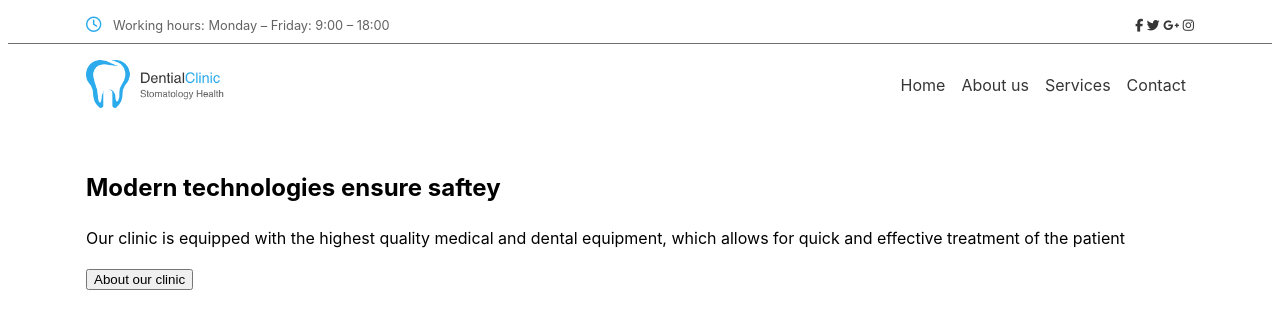
Repository: skepp4rn/uppgift1
Page: index.html
An editor plug-in stored every save of this project. The page is shown before and after the next save, followed by the edit.
The browser window is 1280 px wide. The pictures show the whole page.
Some web libraries are served in a nearby version.

Above is the page before, as saved 2020-11-18 20:10:51.

### index.html
<!DOCTYPE html>
<html lang="en">
<head>
    <meta charset="UTF-8">
    <meta name="viewport" content="width=device-width, initial-scale=1.0">
    <title>Document</title>

    <script src="https://kit.fontawesome.com/0abbda2fd3.js" crossorigin="anonymous"></script>
    <link rel="stylesheet" href="style.css">
</head>
<body>

    <nav class="navbar-top collapse">
        <div class="container">
            <div class="hours">
                <i class="far fa-clock"></i>
                Working hours: Monday – Friday: 9:00 – 18:00
            </div>
            <div class="#">
                <a href="#"><i class="fab fa-facebook-f"></i></a>
                <a href="#"><i class="fab fa-twitter"></i></a>
                <a href="#"><i class="fab fa-google-plus-g"></i></a>
                <a href="#"><i class="fab fa-instagram"></i></a>
            </div>
        </div>
    </nav>

    <nav class="navbar ">
        <div class="container">
            <a class="navbar-brand" href="#" >
                <img src="images/Logo.png" alt="">
            </a>
            <button class="navbar-toggler">
                <i class="fas fa-bars"></i>
            </button>
            <div class="collapse navbar-collapse">
                <div class="navbar-nav">
                    <a class="nav-link" href="#">Home</a>
                    <a class="nav-link" href="#">About us</a>
                    <a class="nav-link" href="#">Services</a>
                    <a class="nav-link" href="#">Contact</a>
                </div>
            </div>
        </div>
    </nav>

    <section id="showcase" class="bg-gray">
        <div class="container">
            <img src="" alt="">
            <div>
                <div>
                    <h1>Modern technologies ensure saftey</h1>
                    <p>Our clinic is equipped with the highest quality medical and dental equipment, which allows for quick and effective treatment of the patient</p>
                    <button>About our clinic</button>
                </div>
            </div>
        </div>
    </section>

</body>
</html>

### style.css
* {
    box-sizing: border-box;
}

html, bod   y {
    font-weight: 400;
    font-family: -apple-system, BlinkMacSystemFont, 'Segoe UI', Roboto, Oxygen, Ubuntu, Cantarell, 'Open Sans', 'Helvetica Neue', sans-serif;
    line-height: 1.5;
    font-size: 16px;
    margin: 0;
    padding: 0;
}

.border {
    border: 1px solid black;
}

a {
    color: #363636;
    text-decoration: none;
    background-color: transparent;
}

#smallicon {
    color: #2BAAEC;
    background-color: transparent;
}

a:hover {
    color: #25E6C8;
}

.bg-dark {
   background: #333333;
   color: #ffffff;
}

.bg-light {
    background: #f7f7f7;
    color: #333333;
}

.collapse:not(.show) {
    display: none;
}

.container {
    width: 100%;
    padding: 0 1rem;
    margin: 0 auto;
}

.navbar-top {
    border-bottom: 1px solid #707070;
}

.navbar, .navbar-top {
    display: flex;
    justify-content: space-between;
    padding: 0.5rem 1rem;
}

.navbar .container, .navbar-top .container {
    display: flex;
    justify-content: space-between;
    align-items: center;
}

.navbar-top .container {
    font-size: 0.8rem;
}

.navbar-top .container .hours {
    color:#626262;
}

.navbar-top .container .hours i {
    color: #2BAAEC;
    margin-right: 0.5rem;
    font-size: 1.2em;
}

.navbar-top .container .socialmedia a {
    margin: 0 0.5rem;
}

.navbar-brand {
    display: inline-block;
    font-size: 1.5rem;
    color: black;
    margin-right: 1rem;
}

.navbar-brand img {
    height: 3rem;
    margin-top: 0.5rem;
}

.navbar-toggler {
    font-size: 2.5rem;
    color:#2BAAEC;
    background-color: transparent;
    border: 1px solid transparent;
}

.navbar-collapse {
    align-items: center;
}

.navbar-nav {
    display: flex;
    flex-direction: column;
}

.nav-link {
    padding: 0;
    text-decoration: none;
}


@media (min-width: 768px) {
    .nav-link {
        padding-right: 0.5rem;
        padding-left: 0.5rem;
    }

    .navbar-nav {
        flex-direction: row;
    }

    .navbar-toggler {
        display: none;
    }

    .collapse:not(.show) {
        display: flex;
    }

    .container {
        max-width: 720px;
    }

}

@media (min-width: 992px) {
    .container {
        max-width: 960px;
    }
}

@media (min-width: 1200px) {
    .container {
        max-width: 1140px;
    }
}

After the next save:
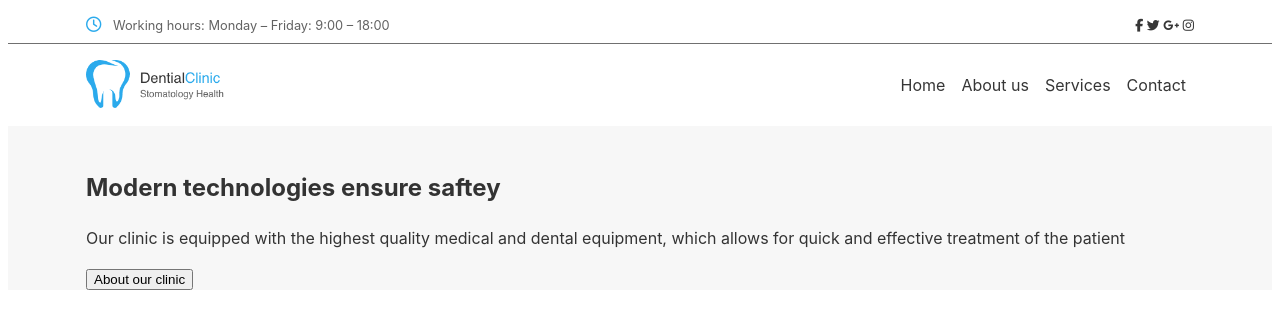
Saved 6 min 16 s later.
--- a/style.css
+++ b/style.css
@@ -21,11 +21,6 @@
     background-color: transparent;
 }
 
-#smallicon {
-    color: #2BAAEC;
-    background-color: transparent;
-}
-
 a:hover {
     color: #25E6C8;
 }
@@ -39,6 +34,12 @@
     background: #f7f7f7;
     color: #333333;
 }
+
+.bg-gray {
+    background: #f7f7f7;
+    color: #333333;
+}
+
 
 .collapse:not(.show) {
     display: none;

After the save that followed:
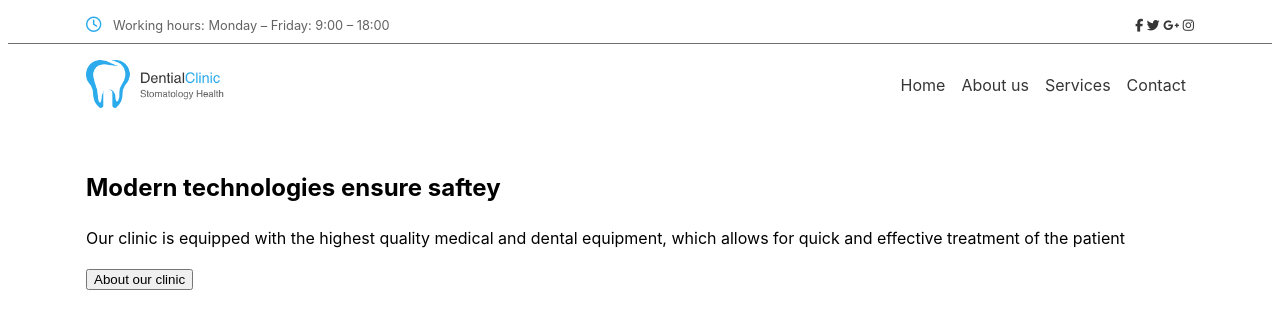
Saved 22 s later.
--- a/style.css
+++ b/style.css
@@ -36,7 +36,7 @@
 }
 
 .bg-gray {
-    background: #f7f7f7;
+    background: #DEDEDE
     color: #333333;
 }
 
